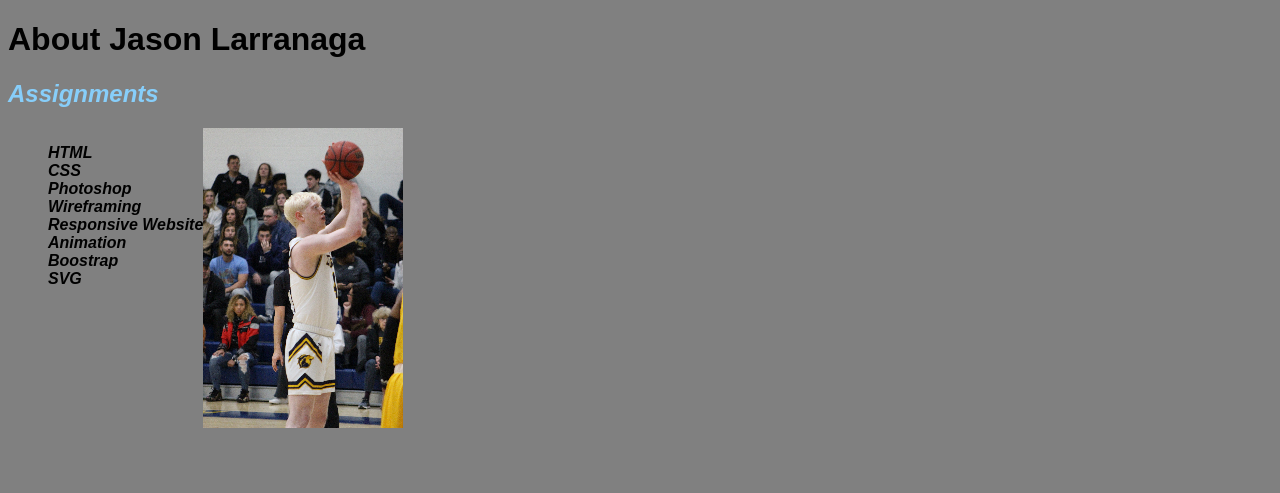
Repository: larranj1/my_website
Page: index.html
The author's editor kept a record of every edit. The page is drawn from the files as they stood at one moment, then again after the next edit.
The browser window is 1280 px wide. The pictures show the whole page.

Above is the page before.

After the next edit:
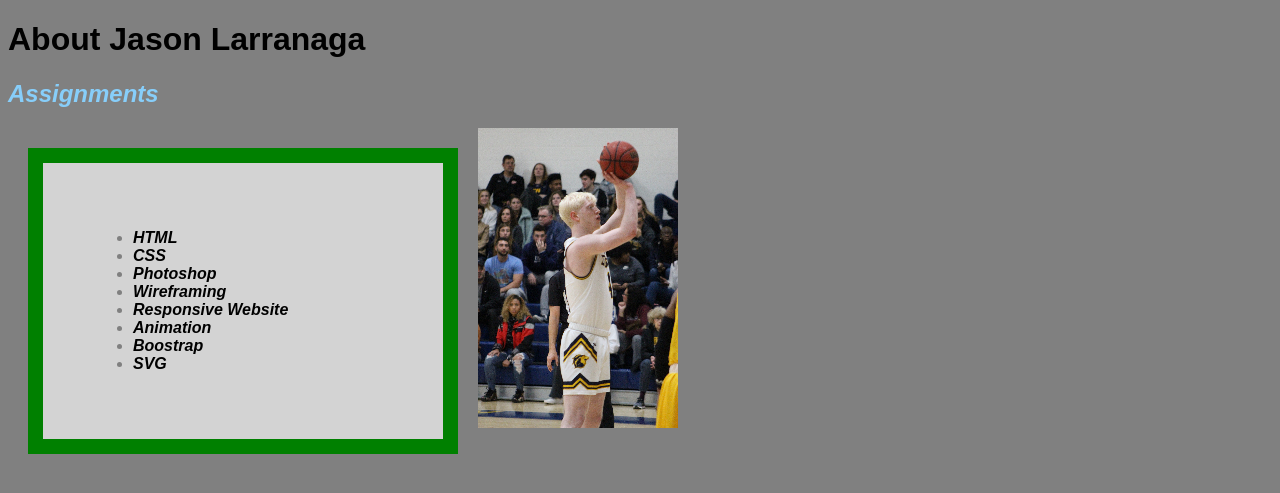
The edit:
--- a/index.html
+++ b/index.html
@@ -5,6 +5,11 @@
 
 .box1{
     float:left;
+    background-color: lightgrey;
+    width: 300px;
+    border: 15px solid green;
+    padding: 50px;
+    margin: 20px;
 }
 
 .box2{
